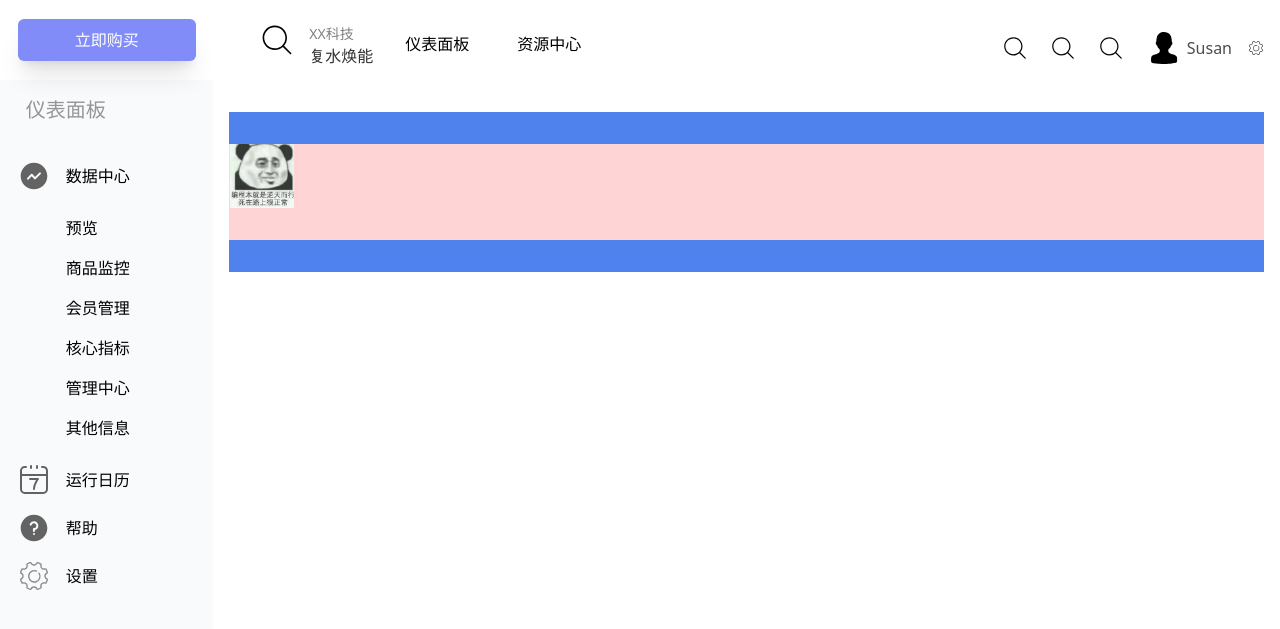
Repository: LiuRuohui/useWater
Page: /
The author's editor kept a copy of each file at every save. The page is drawn from the files as they stood at one save, then again after the next save.
The browser window is 1280 px wide. The pictures show the whole page.
The project was rebuilt for these pictures with package versions that can differ from the ones it lists, and the page was loaded fresh each time. Also part of the build but not shown: vite.config.js.

Above is the page before, as saved 2022-04-06 23:10:29.

### src/App.vue
<script setup>
import HelloWorld1 from './components/HelloWorld.vue';
</script>

<template>
  <HelloWorld1></HelloWorld1>
</template>

<style>
</style>

### src/index.css
@tailwind base;
@tailwind components;
.inputFrame {
    @apply appearance-none rounded-none relative block w-full px-3 py-2 border border-gray-300 placeholder-gray-500 text-gray-900
}

.inputFrame:focus {
    @apply outline-none border-indigo-500 z-10 inline-block px-5 py-3 rounded-lg shadow-lg
}

.btn {
    @apply relative flex w-full justify-center py-2 border border-transparent font-medium rounded-md text-white bg-indigo-400
}

.btn:hover {
    @apply bg-indigo-500
}

.btn:focus {
    @apply outline-none ring-2 ring-offset-2 ring-indigo-400
}

@tailwind utilities;

### src/components/HelloWorld.vue
<script setup>

</script>

<template>
<div class="w-full h-screen flex flex-row select-none">
  <div class="w-1/5 h-screen justify-center items-center flex flex-col">
    <div class="w-full h-20 justify-center items-center flex">
        <div class="w-5/6">
            <button class="btn text-white justify-center items-center shadow-xl">立即购买</button>
        </div>
    </div>
    <div class="w-full flex flex-grow bg-gray-50 justify-center">
        <div class="w-5/6 pt-4 flex flex-col">
            <div class="h-8 text-xl opacity-40 pl-2">仪表面板</div>
            <div class="mt-4 flex flex-grow flex-col">
                <div class="flex flex-col py-2 hover:cursor-pointer">
                    <div class="flex flex-row py-2 hover:bg-blue-200 hover:cursor-pointer">
                      <img src="../assets/数据.svg" alt="" class="h-8 opacity-60">
                      <div class="pl-4 pt-1">数据中心</div>
                    </div>
                    <div class="mt-2 flex flex-col hover:cursor-pointer">
                        <div class="py-2 pl-12 hover:bg-blue-200">预览</div>
                        <div class="py-2 pl-12 hover:bg-blue-200">商品监控</div>
                        <div class="py-2 pl-12 hover:bg-blue-200">会员管理</div>
                        <div class="py-2 pl-12 hover:bg-blue-200">核心指标</div>
                        <div class="py-2 pl-12 hover:bg-blue-200">管理中心</div>
                        <div class="py-2 pl-12 hover:bg-blue-200">其他信息</div>
                    </div>
                </div>
                <div class="flex flex-row py-2 hover:bg-blue-200 hover:cursor-pointer">
                  <img src="../assets/日历.svg" alt="" class="h-8 opacity-60">
                  <div class="pl-4 pt-1">运行日历</div>
                </div>
                <div class="flex flex-row py-2 hover:bg-blue-200 hover:cursor-pointer">
                  <img src="../assets/帮助.svg" alt="" class="h-8 opacity-60">
                  <div class="pl-4 pt-1">帮助</div>
                </div>
                <div class="flex flex-row py-2 hover:bg-blue-200 hover:cursor-pointer">
                  <img src="../assets/设置.svg" alt="" class="h-8 opacity-60">
                  <div class="pl-4 pt-1">设置</div>
                </div>
            </div>
        </div>
    </div>
  </div>
  <div class="w-full flex flex-grow flex-col">
      <div class="flex flex-row h-24">
          <img src="../assets/搜索.svg" alt="" class="h-8 mt-6 pl-12 hover:cursor-pointer">
          <div class="flex flex-col pt-6 px-4 hover:cursor-pointer">
              <div class="text-sm opacity-50">XX科技</div>
              <div class="text-md opacity-80">复水焕能</div>
          </div>
          <div class="text-base px-4 pt-8 hover:cursor-pointer">仪表面板</div>
          <div class="text-base px-8 pt-8 hover:cursor-pointer">资源中心</div>
          <div class="flex flex-grow flex-row-reverse">
              <img src="../assets/设置.svg" alt="" class="h-4 mt-10 mr-4 hover:cursor-pointer hover:bg-blue-100">
              <span class="my-9 mr-4 text-black text-base opacity-70 hover:cursor-pointer hover:bg-blue-100">Susan</span>
              <img src="../assets/用户.svg" alt="" class="h-8 mt-8 mr-2 hover:cursor-pointer hover:bg-blue-100">
              <img src="../assets/搜索.svg" alt="" class="h-6 mt-9 mr-6 hover:cursor-pointer hover:bg-blue-100">
              <img src="../assets/搜索.svg" alt="" class="h-6 mt-9 mr-6 hover:cursor-pointer hover:bg-blue-100">
              <img src="../assets/搜索.svg" alt="" class="h-6 mt-9 mr-6 hover:cursor-pointer hover:bg-blue-100">
          </div>
      </div>
      <div class="m-4 bg-blue-600 h-40 opacity-80">
          <div class="flex flex-row h-24 bg-red-200 my-8">
              <img src="../assets/测试图片.jpg" alt="" class="h-16">
              <div class="">

              </div>
          </div>
      </div>
  </div>
</div>
</template>

<style scoped>

</style>

### tailwind.config.js
module.exports = {
    content: [
        "./index.html",
        "./src/**/*.{vue,js,ts,jsx,tsx}",
    ],
    theme: {
        extend: {},
    },
    variants: {
        backgroundColor: ['responsive', 'hover', 'focus', 'active']
    },
    plugins: [],
}

Loaded but not shown: index.html (common file); src/main.js (common file)

After the next save:
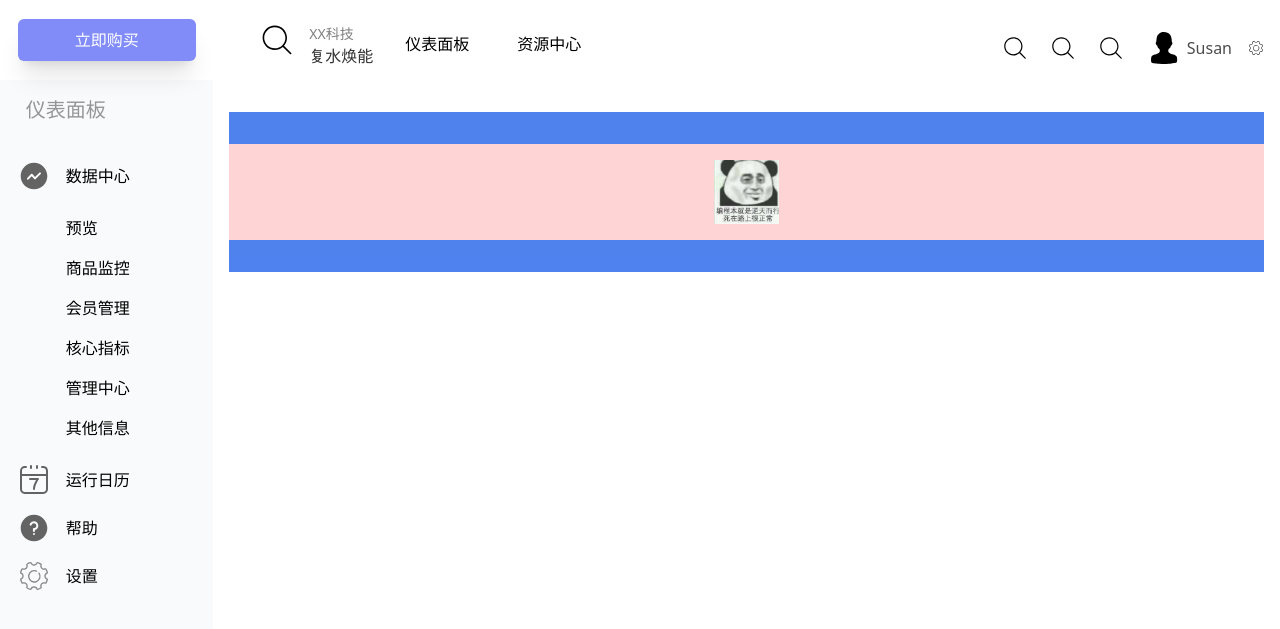
Saved 5 s later.
--- a/src/components/HelloWorld.vue
+++ b/src/components/HelloWorld.vue
@@ -64,7 +64,7 @@
       </div>
       <div class="m-4 bg-blue-600 h-40 opacity-80">
           <div class="flex flex-row h-24 bg-red-200 my-8">
-              <img src="../assets/测试图片.jpg" alt="" class="h-16">
+              <img src="../assets/测试图片.jpg" alt="" class="h-16 m-auto">
               <div class="">
 
               </div>

After the save that followed:
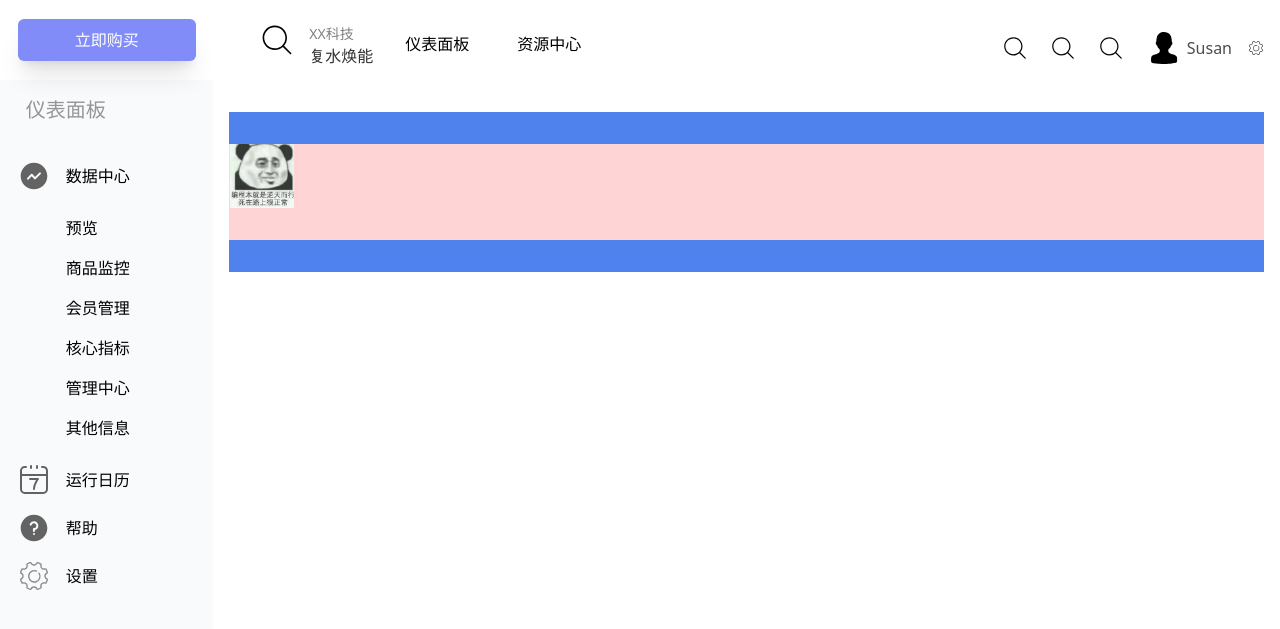
Saved 6 s later.
--- a/src/components/HelloWorld.vue
+++ b/src/components/HelloWorld.vue
@@ -64,7 +64,7 @@
       </div>
       <div class="m-4 bg-blue-600 h-40 opacity-80">
           <div class="flex flex-row h-24 bg-red-200 my-8">
-              <img src="../assets/测试图片.jpg" alt="" class="h-16 m-auto">
+              <img src="../assets/测试图片.jpg" alt="" class="h-16 myauto">
               <div class="">
 
               </div>
